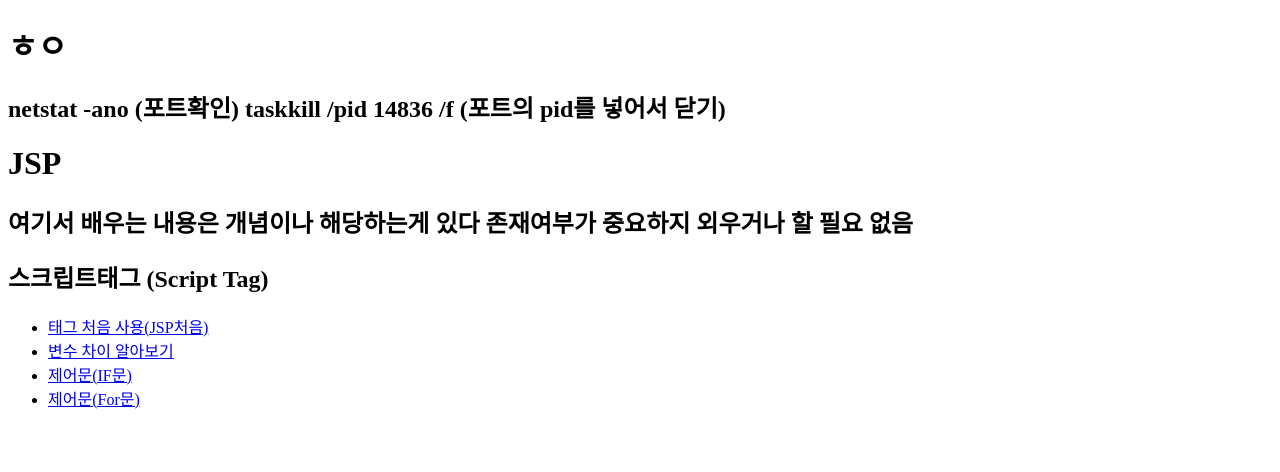
Repository: Kimgigon123123/JspServlet
Page: http://localhost/03.Tag/
An editor plug-in stored every save of this project. The page is shown before and after the next save, followed by the edit.
The browser window is 1280 px wide. The pictures show the whole page.
The page is served by Tomcat 9.

Above is the page before, as saved 2023-05-19 02:00:51.

After the next save:
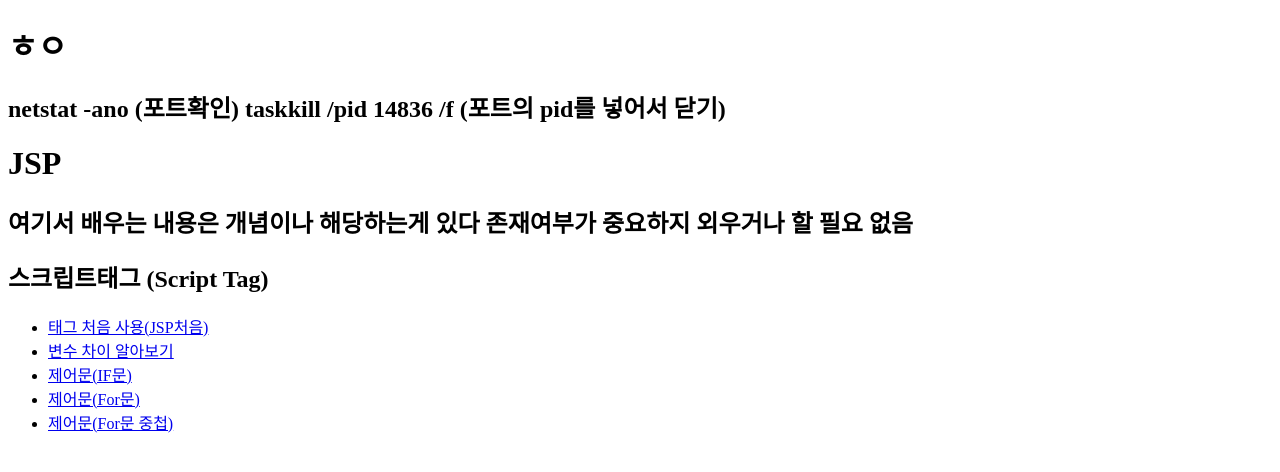
Saved 2 min 25 s later.
--- a/WorkSpace/03.Tag/src/main/webapp/index.html
+++ b/WorkSpace/03.Tag/src/main/webapp/index.html
@@ -18,6 +18,7 @@
 	 	<li><a href="01.Script/Ex01Var.jsp">변수 차이 알아보기</a></li>
 	 	<li><a href="01.Script/Ex02If.jsp">제어문(IF문)</a></li>
 	 	<li><a href="01.Script/Ex03For.jsp">제어문(For문)</a></li>
+	 	<li><a href="01.Script/Ex04For.jsp">제어문(For문 중첩)</a></li>
 	 </ul>
 
 </body>
